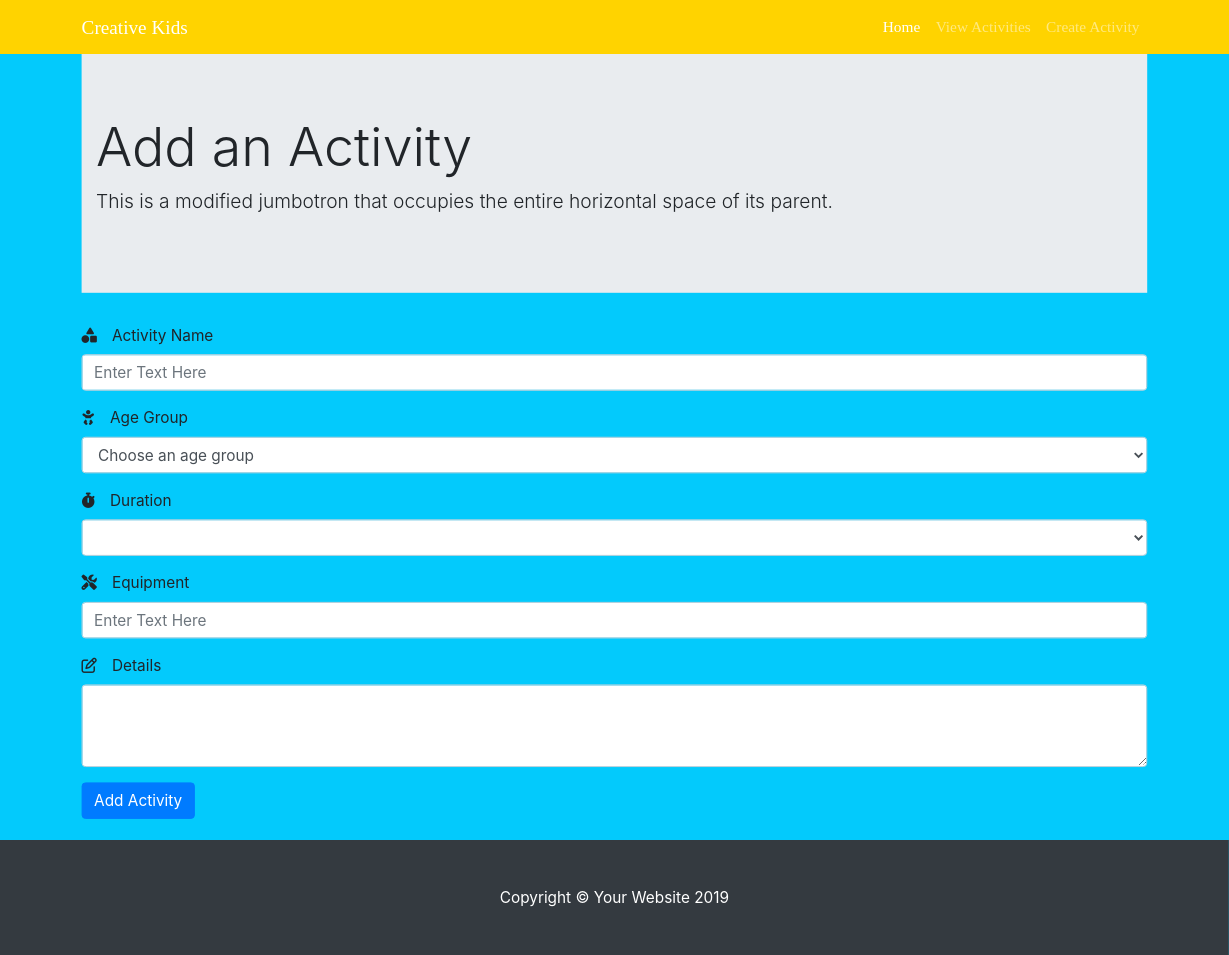
Repository: Neilfoster/milestone_project_3
Page: http://localhost/add_activity
The author's editor kept a record of every edit. The page is drawn from the files as they stood at one moment, then again after the next edit.
The browser window is 1280 px wide. The pictures show the whole page, at 96% of full size.
Some web fonts or font styles are not loaded; a fallback is used. Some web libraries are served in a nearby version. The page is served by the project's application, run on Flask 3 (app.py). Queries for data that is not in the repository find no rows.

Above is the page before.

After the next edit:
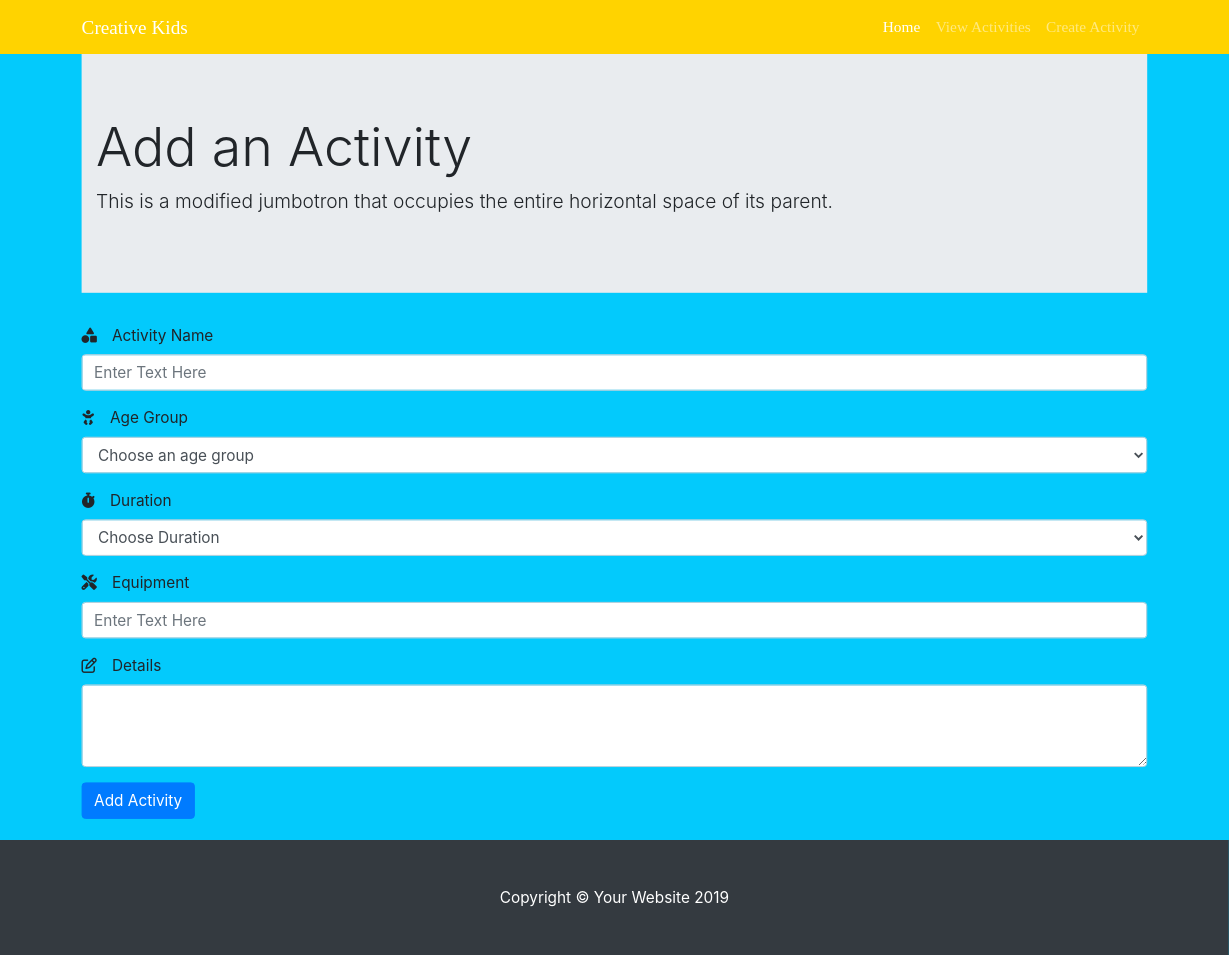
The edit:
--- a/templates/add_activity.html
+++ b/templates/add_activity.html
@@ -29,6 +29,7 @@
             <i class="fas fa-stopwatch "></i>
             <label class="forum_text" for="activity_duration">Duration</label>
             <select class="form-control" id="activity_duration" name="activity_duration">
+                <option value="" disabled selected>Choose Duration</option>
                 {% for duration in durations %}
                  <option value="{{duration.activity_duration.capitalize()}}">{{duration.activity_duration.capitalize()}}</option>
                 {% endfor %}
